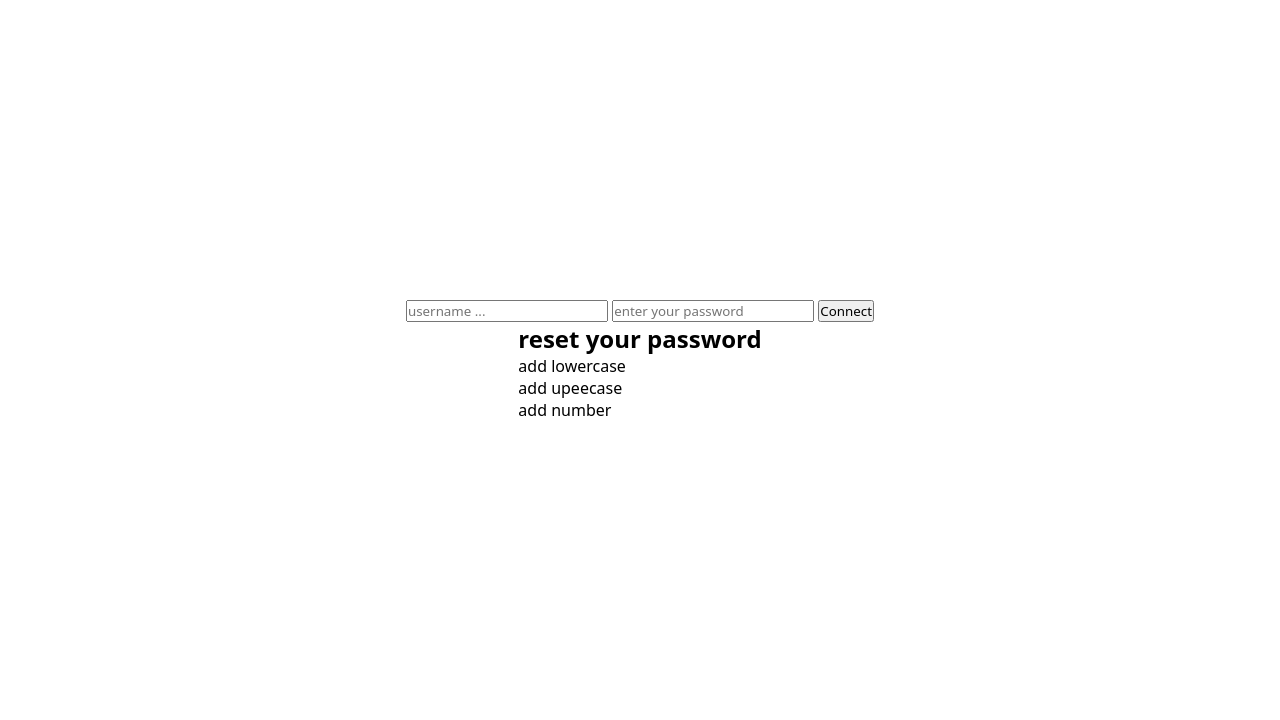
Repository: beva3/javaScrypt
Page: filter/index.html
The author's editor kept a copy of each file at every save. The page is drawn from the files as they stood at one save, then again after a run of saves.
The browser window is 1280 px wide. The pictures show the whole page.

Above is the page before, as saved 2024-05-11 22:34:22.

### filter/index.html
<!DOCTYPE html>
<html lang="en">
<head>
    <meta charset="UTF-8">
    <link rel="stylesheet" href="style.css">
    <meta name="viewport" content="width=device-width, initial-scale=1.0">
    <title>filter</title>
</head>
<body>
    <div class="session">
        <form>
            <input type="text" placeholder="username ..." required >
            <input type="password"  id="passwd" placeholder="enter your password" required>
            <input type="submit" value="Connect">
        </form>
    </div>
    <div class="message">
        <h2>reset your password</h2>
        <p id="invalide" class="min">add lowercase</p>
        <p id="invalide" class="maj">add upeecase</p>
        <p id="invalide" class="number">add number</p>
    </div>
</body>
</html>

### filter/style.css
*{
    padding:0;
    margin: 0;
    box-sizing: border-box;
    font-family: system-ui, -apple-system, BlinkMacSystemFont, 'Segoe UI', Roboto, Oxygen, Ubuntu, Cantarell, 'Open Sans', 'Helvetica Neue', sans-serif;
}

body{
    min-height: 100vh;
    display: flex;
    flex-direction: column;
    justify-content: center;
    align-items: center;
}

After the next 6 saves:
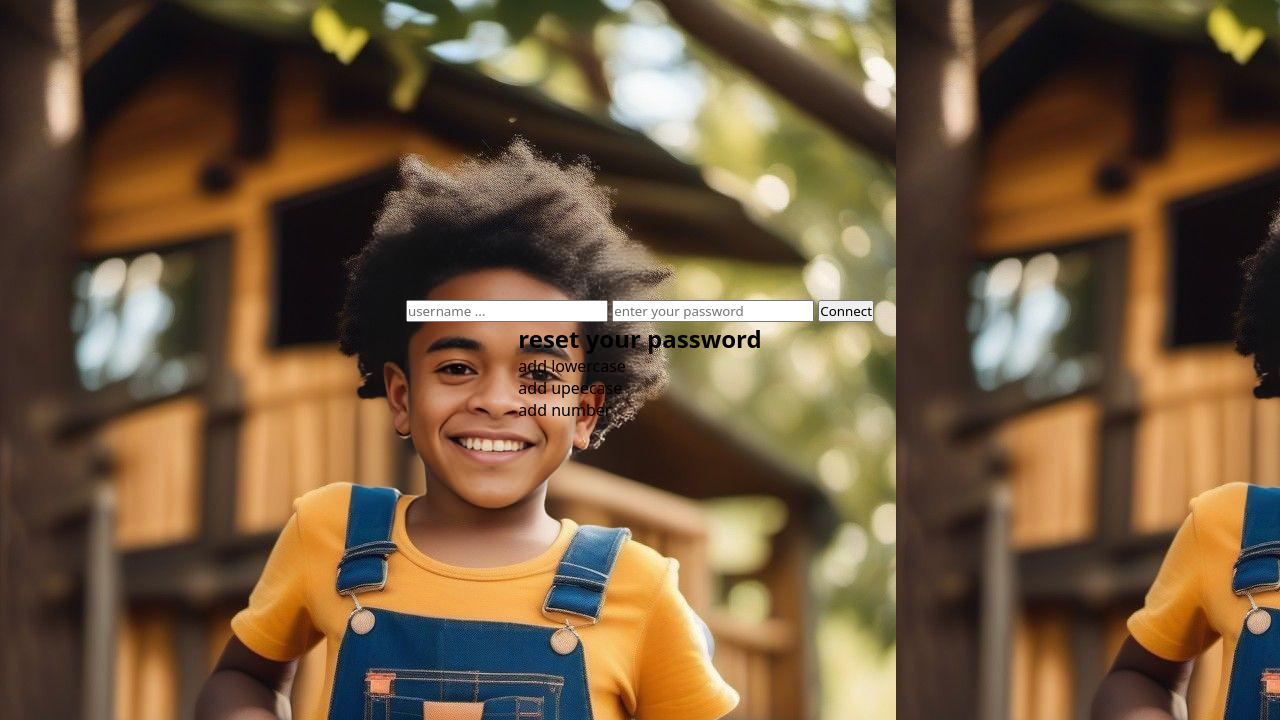
The 6 saves are shown as one change because they came seconds apart.
The last was saved 27 s later.
--- a/filter/style.css
+++ b/filter/style.css
@@ -11,4 +11,5 @@ body{
     flex-direction: column;
     justify-content: center;
     align-items: center;
+    background: url('./raphael.jpg');
 }
